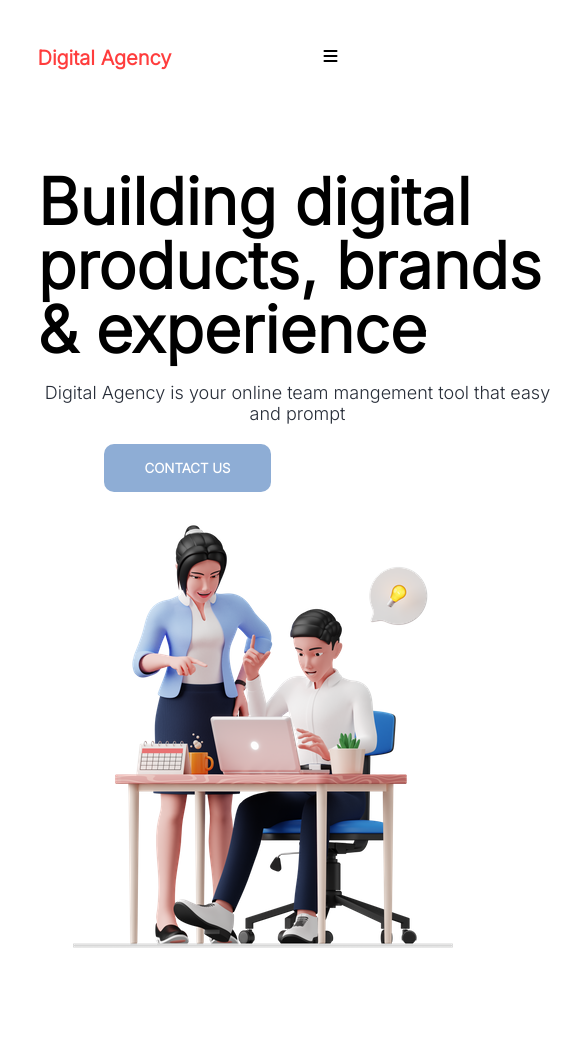
Repository: ThuatDev/fullstack_devc
Page: index.html
These files come from the project's save history. The page is drawn as it stood at one moment and after the next save; the edit follows.
The browser window is 375 px wide. The page is 578 px wide, so the pictures cover 578 px, including what lies to the right of the window. The pictures show the whole page.

Above is the page before, as saved 2022-11-09 17:49:42.

### index.html
<!DOCTYPE html>
<html lang="en">
  <head>
    <meta charset="UTF-8" />
    <meta http-equiv="X-UA-Compatible" content="IE=edge" />
    <meta name="viewport" content="width=device-width, initial-scale=1.0" />
    <link
      rel="stylesheet"
      href="https://cdnjs.cloudflare.com/ajax/libs/font-awesome/6.2.0/css/all.min.css"
      integrity="sha512-xh6O/CkQoPOWDdYTDqeRdPCVd1SpvCA9XXcUnZS2FmJNp1coAFzvtCN9BmamE+4aHK8yyUHUSCcJHgXloTyT2A=="
      crossorigin="anonymous"
      referrerpolicy="no-referrer"
    />
    <link rel="stylesheet" href="reposive.css" />
    <link rel="stylesheet" href="index.css" />
    <title>Digital Agency</title>
  </head>
  <body>
    <div class="container">
      <div class="navbar">
        <div class="navbar__left">
          <p class="navbar__left-logo">Digital Agency</p>
        </div>
        <div class="navbar__right">
          <ul class="navbar__right-list">
            <li><a href="#">Home</a></li>
            <li><a href="#">About</a></li>
            <li><a href="#">Testimonial</a></li>
            <li><a href="#">Contact</a></li>
            <li class="icon__menu"><i class="fa-solid fa-bars"></i></li>
          </ul>
        </div>
      </div>

      <!-- HERO SECTION  -->
      <div class="h-section">
        <div class="h-section__left">
          <h2>Building digital products, brands & experience</h2>
          <p>
            Digital Agency is your online team mangement tool that easy and
            prompt
          </p>
          <button>Contact Us</button>
        </div>
        <div class="h-section__right">
          <img
            src="./img/business-people-discussing-business-idea.png"
            alt=""
          />
        </div>
      </div>
    </div>
  </body>
</html>

### reposive.css
@media screen and (max-width: 600px) {
  .navbar .navbar__right .navbar__right-list li {
    display: none;
  }
  .navbar .navbar__right .navbar__right-list li.icon__menu {
    display: block;
  }
  /* .navbar .navbar__right.navbar__right-list li:nth-child(1) {
    display: none;
  }
  .navbar .navbar__right.navbar__right-list li:nth-child(2) {
    display: none;
  }
  .navbar .navbar__right.navbar__right-list li:nth-child(3) {
    display: none;
  }
  .navbar .navbar__right.navbar__right-list li:nth-child(4) {
    display: none;
  }
  .navbar .navbar__right.navbar__right-list li:nth-child(5) {
    display: block;
  }*/

  .h-section {
    flex-direction: column;
    /* justify-content: center;
    align-items: center; */
  }
  .h-section .h-section__left h2 {
    /* text-align: center; */
    font-size: 40px;
    width: 100%;
  }
  .h-section .h-section__left p {
    margin-top: 20px;
    text-align: center;
  }
  .h-section .h-section__left button {
    display: block;
    width: 100%;
    margin: 20px auto;
  }
}

### index.css
@import url("https://fonts.googleapis.com/css2?family=Inter:wght@200;300&display=swap");
* {
  padding: 0;
  margin: 0;
  box-sizing: border-box;
  font-family: "Inter", sans-serif;
}
.container {
  width: 80%;
  height: 1000px;

  margin: 0 auto;
}

/* nav bar*/
.navbar {
  display: flex;
  justify-content: space-between;
  margin-top: 46px;
}
.navbar .navbar__left .navbar__left-logo {
  font-size: 20px;
  font-weight: 700;
  color: rgb(255, 61, 61);
  line-height: 24px;
}
.navbar .navbar__right .navbar__right-list {
  display: flex;
}
.navbar .navbar__right .navbar__right-list li {
  list-style: none;
  margin-left: 50px;
}
.navbar .navbar__right .navbar__right-list > .icon__menu {
  display: none;
}
.navbar .navbar__right .navbar__right-list li a {
  text-decoration: none;
  /* color: rgb(255, 72, 72); */
  /* padding: 10px 20px; */
  /* display: block;
   */
  font-weight: 600;
  font-size: 18px;
  color: #272d38;
}
/* Hero section */
.h-section {
  display: flex;
  justify-content: space-between;
  margin-top: 100px;
}
.h-section .h-section__left {
  display: flex;
  flex-direction: column;
  justify-content: space-evenly;
}
.h-section .h-section__left h2 {
  font-weight: 700;
  font-size: 64px;
  width: 540px;
  height: auto;
  line-height: 100%;
}
.h-section .h-section__left p {
  font-weight: 400;
  font-size: 18px;
  width: 520px;
  height: auto;
  color: #272d38;
}
.h-section .h-section__left button {
  width: 167px;
  height: 48px;
  border-radius: 10px;
  border: none;
  background-color: #8eadd5;
  text-transform: uppercase;
  font-weight: 700;
  color: #fff;
}
.h-section.h-section__right img {
  width: 100%;
}

After the next save:
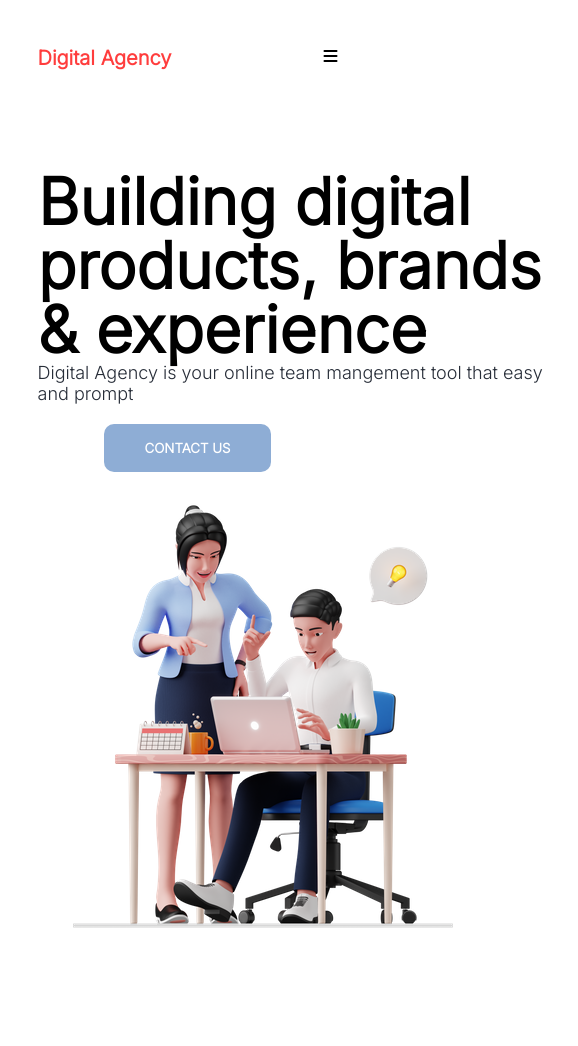
Saved 21 s later.
--- a/reposive.css
+++ b/reposive.css
@@ -26,11 +26,11 @@
     /* justify-content: center;
     align-items: center; */
   }
-  .h-section .h-section__left h2 {
+  /* .h-section .h-section__left h2 {
     /* text-align: center; */
     font-size: 40px;
     width: 100%;
-  }
+  } */
   .h-section .h-section__left p {
     margin-top: 20px;
     text-align: center;

After the save that followed:
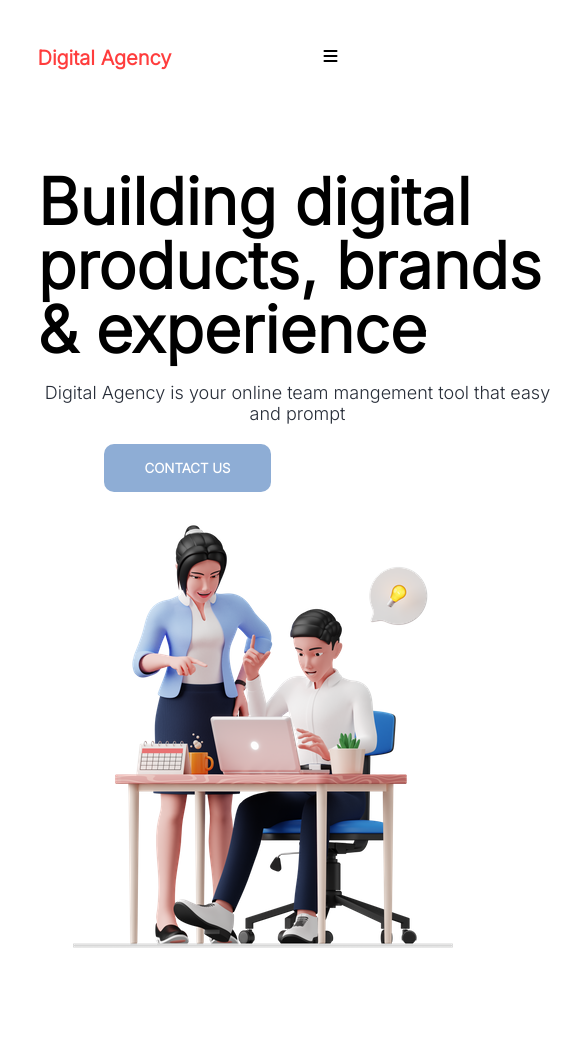
Saved 4 s later.
--- a/reposive.css
+++ b/reposive.css
@@ -26,11 +26,7 @@
     /* justify-content: center;
     align-items: center; */
   }
-  /* .h-section .h-section__left h2 {
-    /* text-align: center; */
-    font-size: 40px;
-    width: 100%;
-  } */
+
   .h-section .h-section__left p {
     margin-top: 20px;
     text-align: center;
